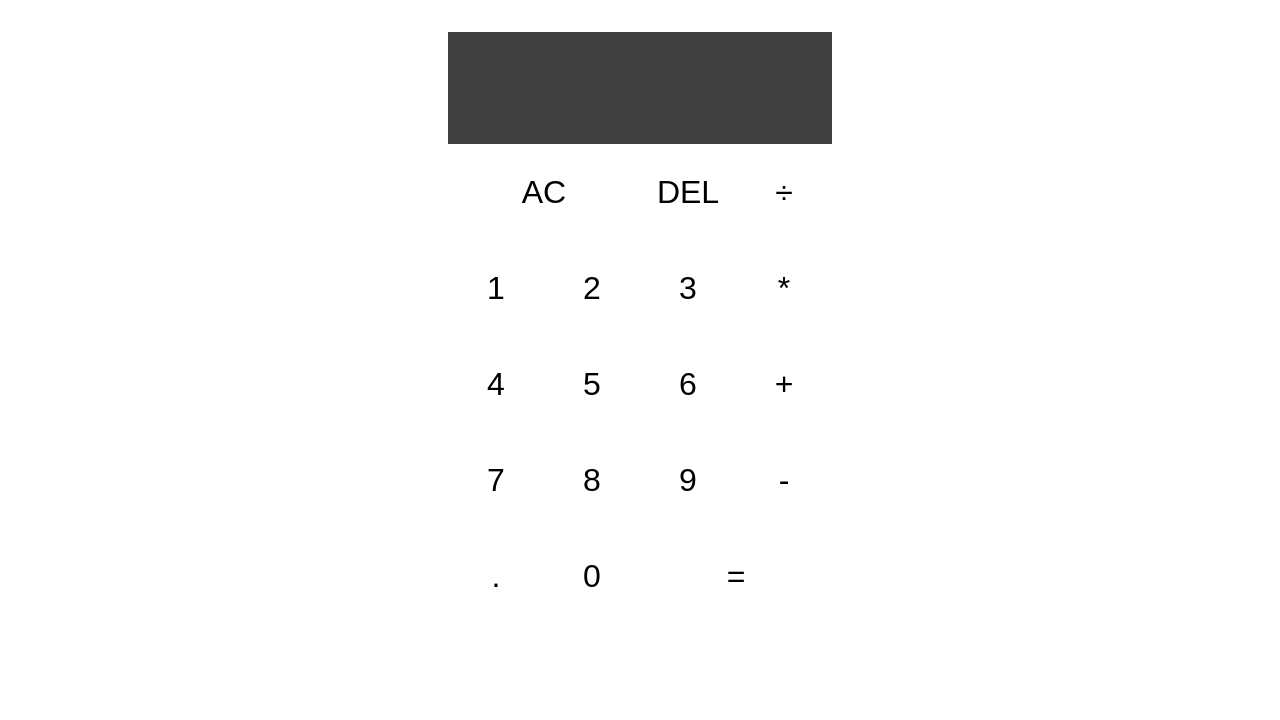
Repository: Ellisvelandia/Calculator
Page: /
These files come from the project's save history. The page is drawn as it stood at one moment and after the next save; the edit follows.
The browser window is 1280 px wide. The pictures show the whole page.
The project was rebuilt for these pictures with package versions that can differ from the ones it lists, and the page was loaded fresh each time. Also part of the build but not shown: craco.config.js, src/index.css.

Above is the page before, as saved 2022-08-16 15:27:37.

### src/App.js
import { useReducer } from "react"
import DigitButton from "./DigitButton"
import OperationButton from "./OperationButton"

import "./App.css"

export const ACTIONS = {
  ADD_DIGIT: "add-digit",
  CHOOSE_OPERATION: "choose-operation",
  CLEAR: "clear",
  DELETE_DIGIT: "delete-digit",
  EVALUATE: "evaluate",
}

function reducer(state, { type, payload }) {
  switch (type) {
    case ACTIONS.ADD_DIGIT:
      if (state.overwrite) {
        return {
          ...state,
          currentOperand: payload.digit,
          overwrite: false,
        }
      }
      if (payload.digit === "0" && state.currentOperand === "0") {
        return state
      }
      if (payload.digit === "." && state.currentOperand.includes(".")) {
        return state
      }

      return {
        ...state,
        currentOperand: `${state.currentOperand || ""}${payload.digit}`,
      }
    case ACTIONS.CHOOSE_OPERATION:
      if (state.currentOperand == null && state.previousOperand == null) {
        return state
      }

      if (state.currentOperand == null) {
        return {
          ...state,
          operation: payload.operation,
        }
      }

      if (state.previousOperand == null) {
        return {
          ...state,
          operation: payload.operation,
          previousOperand: state.currentOperand,
          currentOperand: null,
        }
      }

      return {
        ...state,
        previousOperand: evaluate(state),
        operation: payload.operation,
        currentOperand: null,
      }
    case ACTIONS.CLEAR:
      return {}
    case ACTIONS.DELETE_DIGIT:
      if (state.overwrite) {
        return {
          ...state,
          overwrite: false,
          currentOperand: null,
        }
      }
      if (state.currentOperand == null) return state
      if (state.currentOperand.length === 1) {
        return { ...state, currentOperand: null }
      }

      return {
        ...state,
        currentOperand: state.currentOperand.slice(0, -1),
      }
    case ACTIONS.EVALUATE:
      if (
        state.operation == null ||
        state.currentOperand == null ||
        state.previousOperand == null
      ) {
        return state
      }

      return {
        ...state,
        overwrite: true,
        previousOperand: null,
        operation: null,
        currentOperand: evaluate(state),
      }
  }
}

function evaluate({ currentOperand, previousOperand, operation }) {
  const prev = parseFloat(previousOperand)
  const current = parseFloat(currentOperand)
  if (isNaN(prev) || isNaN(current)) return ""
  let computation = ""
  switch (operation) {
    case "+":
      computation = prev + current
      break
    case "-":
      computation = prev - current
      break
    case "*":
      computation = prev * current
      break
    case "÷":
      computation = prev / current
      break
  }

  return computation.toString()
}

const INTEGER_FORMATTER = new Intl.NumberFormat("en-us", {
  maximumFractionDigits: 0,
})
function formatOperand(operand) {
  if (operand == null) return
  const [integer, decimal] = operand.split(".")
  if (decimal == null) return INTEGER_FORMATTER.format(integer)
  return `${INTEGER_FORMATTER.format(integer)}.${decimal}`
}

function App() {
  const [{ currentOperand, previousOperand, operation }, dispatch] = useReducer(
    reducer,
    {}
  )

  return (
    <div className="calculator-grid">
      <div className="output">
        <div className="previous-operand">
          {formatOperand(previousOperand)} {operation}
        </div>
        <div className="current-operand">{formatOperand(currentOperand)}</div>
      </div>
      <button
        className="span-two"
        onClick={() => dispatch({ type: ACTIONS.CLEAR })}
      >
        AC
      </button>
      <button onClick={() => dispatch({ type: ACTIONS.DELETE_DIGIT })}>
        DEL
      </button>
      <OperationButton operation="÷" dispatch={dispatch} />
      <DigitButton digit="1" dispatch={dispatch} />
      <DigitButton digit="2" dispatch={dispatch} />
      <DigitButton digit="3" dispatch={dispatch} />
      <OperationButton operation="*" dispatch={dispatch} />
      <DigitButton digit="4" dispatch={dispatch} />
      <DigitButton digit="5" dispatch={dispatch} />
      <DigitButton digit="6" dispatch={dispatch} />
      <OperationButton operation="+" dispatch={dispatch} />
      <DigitButton digit="7" dispatch={dispatch} />
      <DigitButton digit="8" dispatch={dispatch} />
      <DigitButton digit="9" dispatch={dispatch} />
      <OperationButton operation="-" dispatch={dispatch} />
      <DigitButton digit="." dispatch={dispatch} />
      <DigitButton digit="0" dispatch={dispatch} />
      <button
        className="span-two"
        onClick={() => dispatch({ type: ACTIONS.EVALUATE })}
      >
        =
      </button>
    </div>
  )
}

export default App

### src/App.css
*,
* ::before,
*::after {
  box-sizing: border-box;
}

body {
  margin: 0;
  background: linear-gradient(to right top, blue, re);
}

.calculator-grid {
  display: grid;
  margin-top: 2rem;
  justify-content: center;
  grid-template-columns: repeat(4, 6rem);
  grid-template-rows: minmax(7rem, auto) repeat(5, 6rem);
}

.calculator-grid > button {
  cursor: pointer;
  font-size: 2rem;
  border: 1px solid white;
  outline: none;
  background: rgba(255, 255, 255, 0.75);
}

.calculator-grid > button:hover,
.calculator-grid > button:focus {
  background-color: rgba(255, 255, 255, 0.9);
}

.span-two {
  grid-column: span 2;
}

.output {
  grid-column: 1 / -1;
  background-color: rgba(0, 0, 0, 0.75);
  display: flex;
  flex-direction: column;
  align-items: flex-end;
  justify-content: space-around;
  padding: 0.75rem;
  word-break: break-all;
  word-wrap: break-word;
}

.output .previous-operand {
  color: rgba(255, 255, 255, 0.75);
  font-size: 1.5rem;
}

.output .current-operand {
  color: white;
  font-size: 2.5rem;
}

Loaded but not shown: public/index.html (common file); src/index.js (common file); src/reportWebVitals.js (common file); src/DigitButton.js (common file); src/OperationButton.js (common file)

After the next save:
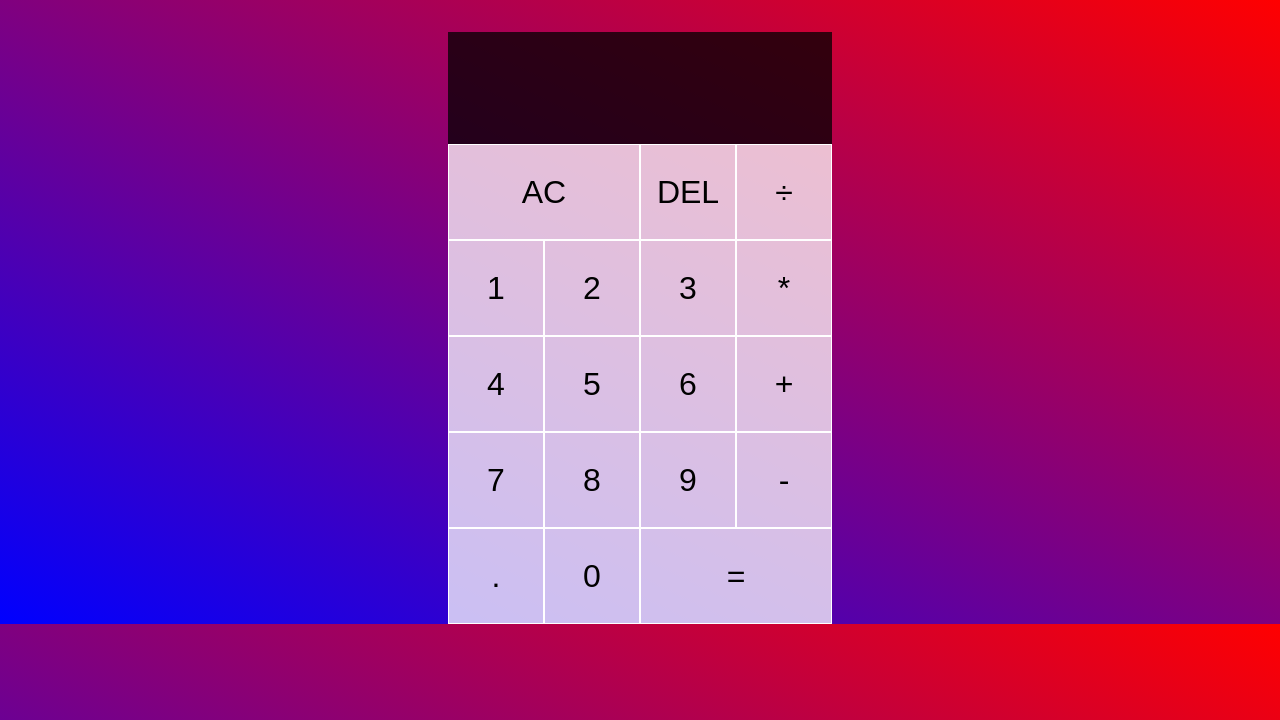
Saved 4 s later.
--- a/src/App.css
+++ b/src/App.css
@@ -6,7 +6,7 @@
 
 body {
   margin: 0;
-  background: linear-gradient(to right top, blue, re);
+  background: linear-gradient(to right top, blue, red);
 }
 
 .calculator-grid {
